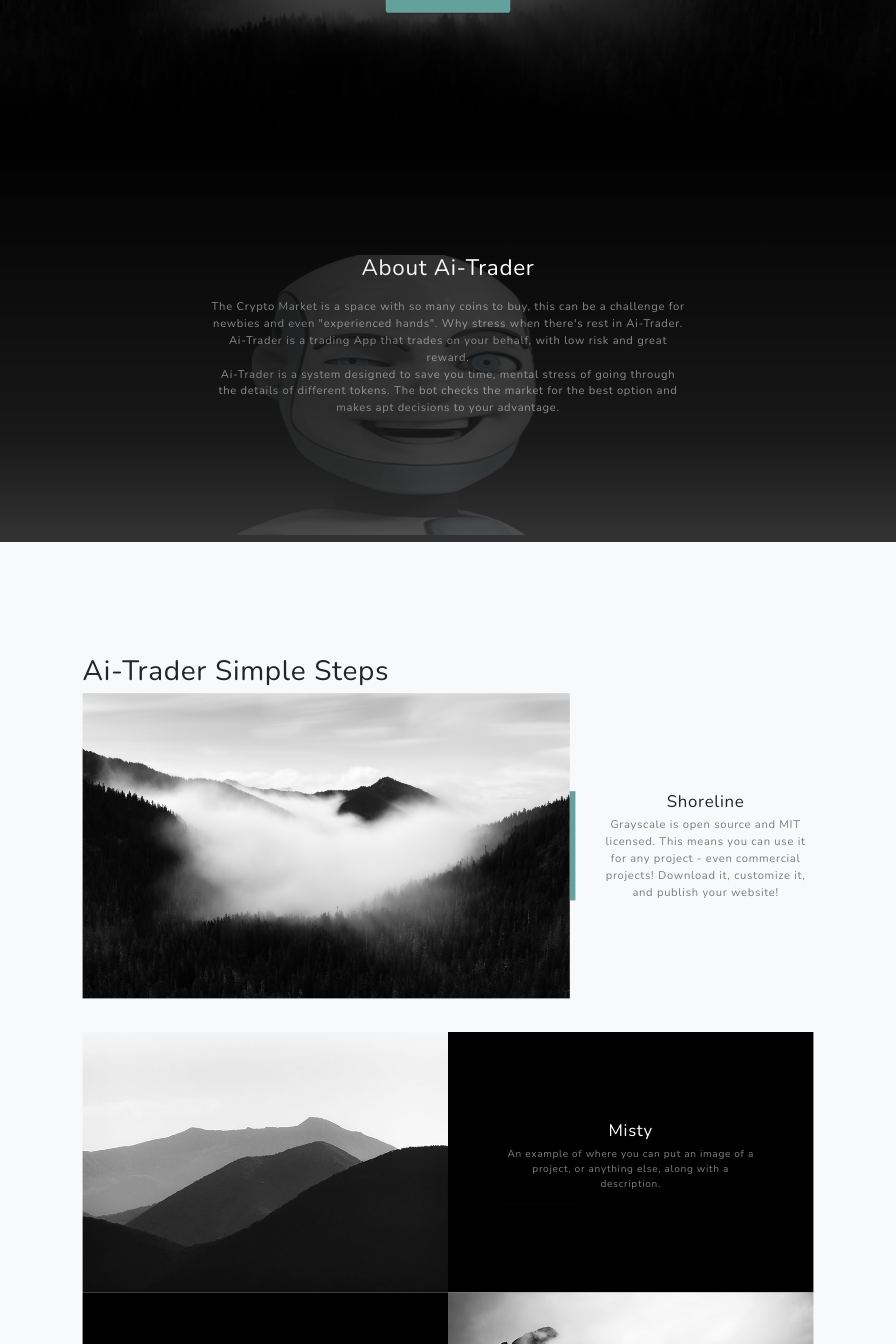
Repository: seyicoded/ico_one
Page: docs/index.html
An editor plug-in stored every save of this project. The page is shown before and after the next save, followed by the edit.
The browser window is 1280 px wide. The pictures show the part of the page from y = 516 to 2436 px (the page is 3991 px tall), at 70% of full size.

Above is the page before, as saved 2022-02-13 16:52:01.

### docs/index.html
<!DOCTYPE html>
<html lang="en">
    <head>
        <meta charset="utf-8" />
        <meta name="viewport" content="width=device-width, initial-scale=1, shrink-to-fit=no" />
        <meta name="description" content="" />
        <meta name="author" content="" />
        <title>Ai-Trader</title>
        <link rel="icon" type="image/x-icon" href="assets/favicon.ico" />
        <!-- Font Awesome icons (free version)-->
        <script src="https://use.fontawesome.com/releases/v5.15.4/js/all.js" crossorigin="anonymous"></script>
        <!-- Google fonts-->
        <link href="https://fonts.googleapis.com/css?family=Varela+Round" rel="stylesheet" />
        <link href="https://fonts.googleapis.com/css?family=Nunito:200,200i,300,300i,400,400i,600,600i,700,700i,800,800i,900,900i" rel="stylesheet" />
        <!-- Core theme CSS (includes Bootstrap)-->
        <link href="css/styles.css" rel="stylesheet" />
        <link href="css/animate.css" rel="stylesheet" />
        <link href="css/custom.css" rel="stylesheet" />
        <script src="js/jquery.js"></script>
        <script src="js/wow.js"></script>
        <script src="js/bs.js"></script>
        <script type="text/javascript">
            //Initiat WOW JS
            window.onload = function(){
                $("#loaderr").hide();
                new WOW().init();
            }
            // new WOW().init();
        </script>
        <style>
            #loaderr{
                position: fixed;
                z-index: 99;
                top: 0;
                bottom: 0;
                left: 0;
                right: 0;
                background: linear-gradient(grey, black);
                display: flex;
                justify-content: center;
                align-items: center;
            }
            #skip-loader{
                position: fixed;
                bottom: 3%;
                right: 3%;
                background-color: transparent;
                color: white;
                border: none;
            }
        </style>
    </head>
    <body id="page-top">
        <!--  loader start -->
        <div id="loaderr">
            <img src="assets/svg/Spin-0.5s-247px.svg" />
            <button id="skip-loader" onclick="$('#loaderr').hide()">skip</button>
        </div>
        <!-- loader stop -->

        <!-- Navigation-->
        <nav class="navbar navbar-expand-lg navbar-light fixed-top" id="mainNav">
            <div class="container px-4 px-lg-5">
                <a class="navbar-brand" href="#page-top">Ai-Trader</a>
                <button class="navbar-toggler navbar-toggler-right" type="button" data-bs-toggle="collapse" data-bs-target="#navbarResponsive" aria-controls="navbarResponsive" aria-expanded="false" aria-label="Toggle navigation">
                    Menu
                    <i class="fas fa-bars"></i>
                </button>
                <div class="collapse navbar-collapse" id="navbarResponsive">
                    <ul class="navbar-nav ms-auto">
                        <li class="nav-item"><a class="nav-link" href="#about">About</a></li>
                        <li class="nav-item"><a class="nav-link" href="#projects">Projects</a></li>
                        <li class="nav-item"><a class="nav-link" href="#signup">Contact</a></li>
                    </ul>
                </div>
            </div>
        </nav>
        <!-- Masthead-->
        <header class="masthead">
            <div class="container px-4 px-lg-5 d-flex h-100 align-items-center justify-content-center">
                <div class="d-flex justify-content-center">
                    <div class="text-center">
                        <h1 class="mx-auto my-0 text-uppercase wow fadeIn animated" data-wow-duration="1090ms" data-wow-delay="1000ms">We Got You Covered</h1>
                        <h2 class="text-white-50 mx-auto mt-2 mb-5 wow fadeIn animated" data-wow-duration="1090ms" data-wow-delay="1300ms">An Artificial Intelligence You Can Trust.</h2>
                        <a class="btn btn-primary wow fadeIn animated" href="#about"  data-wow-duration="1090ms" data-wow-delay="1600ms">Get Started</a>
                    </div>
                </div>
            </div>
        </header>
        <!-- About-->
        <section class="about-section text-center" id="about">
            <div class="container px-4 px-lg-5">
                <div class="row gx-4 gx-lg-5 justify-content-center">
                    <div class="col-lg-8">
                        <h2 class="text-white mb-4">About Ai-Trader</h2>
                        <p class="text-white-50">
                            The Crypto Market is a space with so many coins to buy, this can be a challenge for newbies and even "experienced hands". Why stress when there's rest in Ai-Trader. <br />
                            Ai-Trader is a trading App that trades on your behalf, with low risk and great reward. <br />
                            Ai-Trader is a system designed to save you time, mental stress of going through the details of different tokens. The bot checks the market for the best option and makes apt decisions to your advantage.
                        </p>
                    </div>
                    <img class="img-fluid" src="assets/img/ipad.png" style="filter: grayscale(80%); position: absolute; opacity: 19%; height: 400px;" alt="..." />
                </div>
                <!-- <img class="img-fluid" src="assets/img/ipad.png" style="filter: grayscale(80%); position: absolute; opacity: 30%;" alt="..." /> -->
                <div style="height: 100px;">&nbsp;</div>
            </div>
        </section>
        <!-- Projects-->
        <section class="projects-section bg-light" id="projects">
            <div class="container px-4 px-lg-5">
                <h1>Ai-Trader Simple Steps</h1>
                <!-- Featured Project Row-->
                <div class="row gx-0 mb-4 mb-lg-5 align-items-center">
                    <div class="col-xl-8 col-lg-7"><img class="img-fluid mb-3 mb-lg-0" src="assets/img/bg-masthead.jpg" alt="..." /></div>
                    <div class="col-xl-4 col-lg-5">
                        <div class="featured-text text-center text-lg-left">
                            <h4>Shoreline</h4>
                            <p class="text-black-50 mb-0">Grayscale is open source and MIT licensed. This means you can use it for any project - even commercial projects! Download it, customize it, and publish your website!</p>
                        </div>
                    </div>
                </div>
                <!-- Project One Row-->
                <div class="row gx-0 mb-5 mb-lg-0 justify-content-center">
                    <div class="col-lg-6"><img class="img-fluid" src="assets/img/demo-image-01.jpg" alt="..." /></div>
                    <div class="col-lg-6">
                        <div class="bg-black text-center h-100 project">
                            <div class="d-flex h-100">
                                <div class="project-text w-100 my-auto text-center text-lg-left">
                                    <h4 class="text-white">Misty</h4>
                                    <p class="mb-0 text-white-50">An example of where you can put an image of a project, or anything else, along with a description.</p>
                                    <hr class="d-none d-lg-block mb-0 ms-0" />
                                </div>
                            </div>
                        </div>
                    </div>
                </div>
                <!-- Project Two Row-->
                <div class="row gx-0 justify-content-center">
                    <div class="col-lg-6"><img class="img-fluid" src="assets/img/demo-image-02.jpg" alt="..." /></div>
                    <div class="col-lg-6 order-lg-first">
                        <div class="bg-black text-center h-100 project">
                            <div class="d-flex h-100">
                                <div class="project-text w-100 my-auto text-center text-lg-right">
                                    <h4 class="text-white">Mountains</h4>
                                    <p class="mb-0 text-white-50">Another example of a project with its respective description. These sections work well responsively as well, try this theme on a small screen!</p>
                                    <hr class="d-none d-lg-block mb-0 me-0" />
                                </div>
                            </div>
                        </div>
                    </div>
                </div>
            </div>
        </section>
        <!-- Signup-->
        <section class="signup-section" id="signup">
            <div class="container px-4 px-lg-5">
                <div class="row gx-4 gx-lg-5">
                    <div class="col-md-10 col-lg-8 mx-auto text-center">
                        <i class="far fa-paper-plane fa-2x mb-2 text-white"></i>
                        <h2 class="text-white mb-5">Subscribe to receive updates!</h2>
                        <!-- * * * * * * * * * * * * * * *-->
                        <!-- * * SB Forms Contact Form * *-->
                        <!-- * * * * * * * * * * * * * * *-->
                        <!-- This form is pre-integrated with SB Forms.-->
                        <!-- To make this form functional, sign up at-->
                        <!-- https://startbootstrap.com/solution/contact-forms-->
                        <!-- to get an API token!-->
                        <form class="form-signup" id="contactForm" data-sb-form-api-token="API_TOKEN">
                            <!-- Email address input-->
                            <div class="row input-group-newsletter">
                                <div class="col"><input class="form-control" id="emailAddress" type="email" placeholder="Enter email address..." aria-label="Enter email address..." data-sb-validations="required,email" /></div>
                                <div class="col-auto"><button class="btn btn-primary disabled" id="submitButton" type="submit">Notify Me!</button></div>
                            </div>
                            <div class="invalid-feedback mt-2" data-sb-feedback="emailAddress:required">An email is required.</div>
                            <div class="invalid-feedback mt-2" data-sb-feedback="emailAddress:email">Email is not valid.</div>
                            <!-- Submit success message-->
                            <!---->
                            <!-- This is what your users will see when the form-->
                            <!-- has successfully submitted-->
                            <div class="d-none" id="submitSuccessMessage">
                                <div class="text-center mb-3 mt-2 text-white">
                                    <div class="fw-bolder">Form submission successful!</div>
                                    To activate this form, sign up at
                                    <br />
                                    <a href="https://startbootstrap.com/solution/contact-forms">https://startbootstrap.com/solution/contact-forms</a>
                                </div>
                            </div>
                            <!-- Submit error message-->
                            <!---->
                            <!-- This is what your users will see when there is-->
                            <!-- an error submitting the form-->
                            <div class="d-none" id="submitErrorMessage"><div class="text-center text-danger mb-3 mt-2">Error sending message!</div></div>
                        </form>
                    </div>
                </div>
            </div>
        </section>
        <!-- Contact-->
        <section class="contact-section bg-black">
            <div class="container px-4 px-lg-5">
                <div class="row gx-4 gx-lg-5">
                    <div class="col-md-4 mb-3 mb-md-0">
                        <div class="card py-4 h-100">
                            <div class="card-body text-center">
                                <i class="fas fa-map-marked-alt text-primary mb-2"></i>
                                <h4 class="text-uppercase m-0">Address</h4>
                                <hr class="my-4 mx-auto" />
                                <div class="small text-black-50">4923 Market Street, Orlando FL</div>
                            </div>
                        </div>
                    </div>
                    <div class="col-md-4 mb-3 mb-md-0">
                        <div class="card py-4 h-100">
                            <div class="card-body text-center">
                                <i class="fas fa-envelope text-primary mb-2"></i>
                                <h4 class="text-uppercase m-0">Email</h4>
                                <hr class="my-4 mx-auto" />
                                <div class="small text-black-50"><a href="#!">hello@yourdomain.com</a></div>
                            </div>
                        </div>
                    </div>
                    <div class="col-md-4 mb-3 mb-md-0">
                        <div class="card py-4 h-100">
                            <div class="card-body text-center">
                                <i class="fas fa-mobile-alt text-primary mb-2"></i>
                                <h4 class="text-uppercase m-0">Phone</h4>
                                <hr class="my-4 mx-auto" />
                                <div class="small text-black-50">+1 (555) 902-8832</div>
                            </div>
                        </div>
                    </div>
                </div>
                <div class="social d-flex justify-content-center">
                    <a class="mx-2" href="#!"><i class="fab fa-twitter"></i></a>
                    <a class="mx-2" href="#!"><i class="fab fa-facebook-f"></i></a>
                    <a class="mx-2" href="#!"><i class="fab fa-github"></i></a>
                </div>
            </div>
        </section>
        <!-- Footer-->
        <footer class="footer bg-black small text-center text-white-50"><div class="container px-4 px-lg-5">Copyright &copy; Your Website 2021</div></footer>
        <!-- Bootstrap core JS-->
        <script src="https://cdn.jsdelivr.net/npm/bootstrap@5.1.3/dist/js/bootstrap.bundle.min.js"></script>
        <!-- Core theme JS-->
        <script src="js/scripts.js"></script>

        <!-- * * * * * * * * * * * * * * * * * * * * * * * * * * * * * * * * * * * * * * * *-->
        <!-- * *                               SB Forms JS                               * *-->
        <!-- * * Activate your form at https://startbootstrap.com/solution/contact-forms * *-->
        <!-- * * * * * * * * * * * * * * * * * * * * * * * * * * * * * * * * * * * * * * * *-->
        <script src="https://cdn.startbootstrap.com/sb-forms-latest.js"></script>
    </body>
</html>

### docs/js/scripts.js
/*!
* Start Bootstrap - Grayscale v7.0.4 (https://startbootstrap.com/theme/grayscale)
* Copyright 2013-2021 Start Bootstrap
* Licensed under MIT (https://github.com/StartBootstrap/startbootstrap-grayscale/blob/master/LICENSE)
*/
//
// Scripts
//

window.addEventListener('DOMContentLoaded', event => {

    // Navbar shrink function
    var navbarShrink = function () {
        const navbarCollapsible = document.body.querySelector('#mainNav');
        if (!navbarCollapsible) {
            return;
        }
        if (window.scrollY === 0) {
            navbarCollapsible.classList.remove('navbar-shrink')
        } else {
            navbarCollapsible.classList.add('navbar-shrink')
        }

    };

    // Shrink the navbar
    navbarShrink();

    // Shrink the navbar when page is scrolled
    document.addEventListener('scroll', navbarShrink);

    // Activate Bootstrap scrollspy on the main nav element
    const mainNav = document.body.querySelector('#mainNav');
    if (mainNav) {
        new bootstrap.ScrollSpy(document.body, {
            target: '#mainNav',
            offset: 74,
        });
    };

    // Collapse responsive navbar when toggler is visible
    const navbarToggler = document.body.querySelector('.navbar-toggler');
    const responsiveNavItems = [].slice.call(
        document.querySelectorAll('#navbarResponsive .nav-link')
    );
    responsiveNavItems.map(function (responsiveNavItem) {
        responsiveNavItem.addEventListener('click', () => {
            if (window.getComputedStyle(navbarToggler).display !== 'none') {
                navbarToggler.click();
            }
        });
    });

});

Loaded but not shown: docs/css/styles.css (library); docs/css/animate.css (library); docs/js/jquery.js (library); docs/js/wow.js (library); docs/js/bs.js (library); docs/css/custom.css (no stored copy; drawn as an empty file)

After the next save:
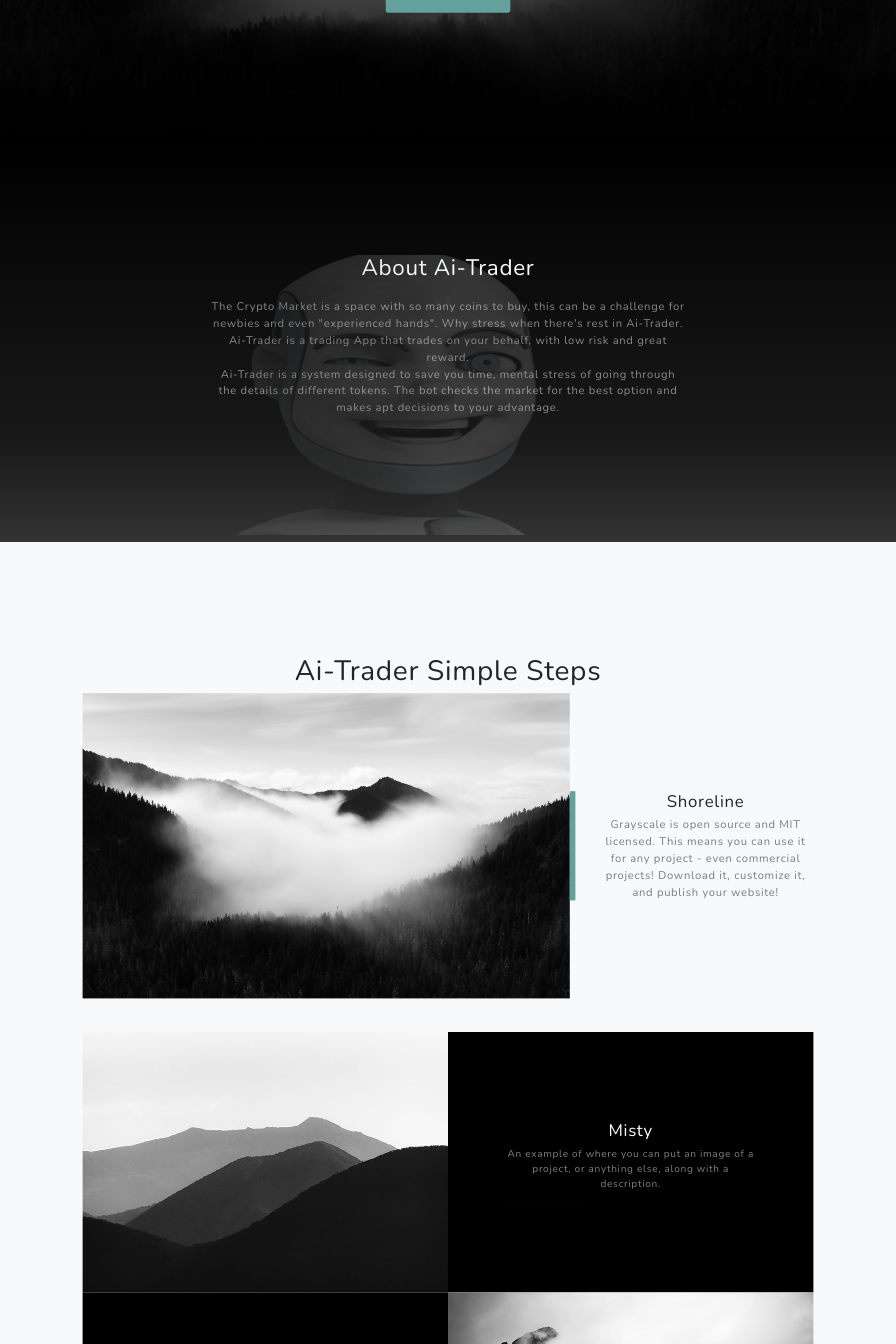
Saved 8 s later.
--- a/docs/index.html
+++ b/docs/index.html
@@ -108,7 +108,7 @@
         <!-- Projects-->
         <section class="projects-section bg-light" id="projects">
             <div class="container px-4 px-lg-5">
-                <h1>Ai-Trader Simple Steps</h1>
+                <h1 style="text-align: center;">Ai-Trader Simple Steps</h1>
                 <!-- Featured Project Row-->
                 <div class="row gx-0 mb-4 mb-lg-5 align-items-center">
                     <div class="col-xl-8 col-lg-7"><img class="img-fluid mb-3 mb-lg-0" src="assets/img/bg-masthead.jpg" alt="..." /></div>
